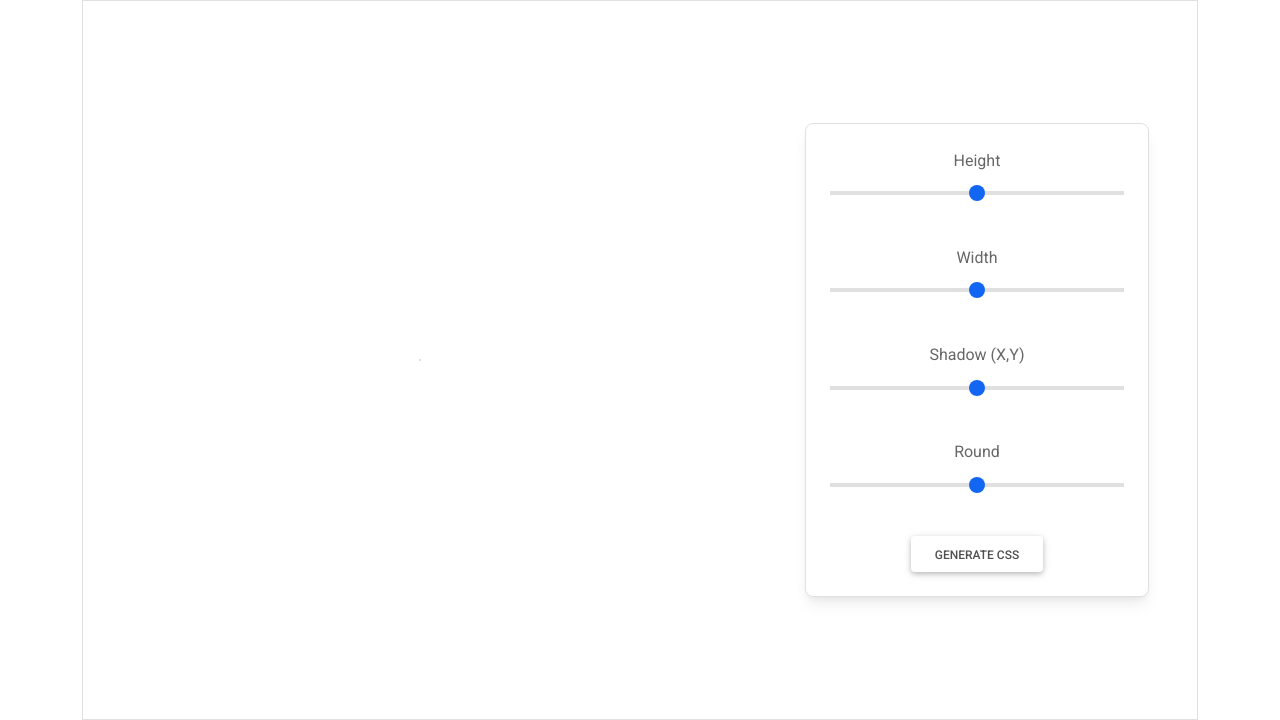
Repository: USaditya98/card-generator
Page: index.html
These files come from the project's save history. The page is drawn as it stood at one moment and after a run of saves; the edit follows.
The browser window is 1280 px wide. The pictures show the whole page.

Above is the page before, as saved 2021-10-20 13:20:04.

After the next 3 saves:
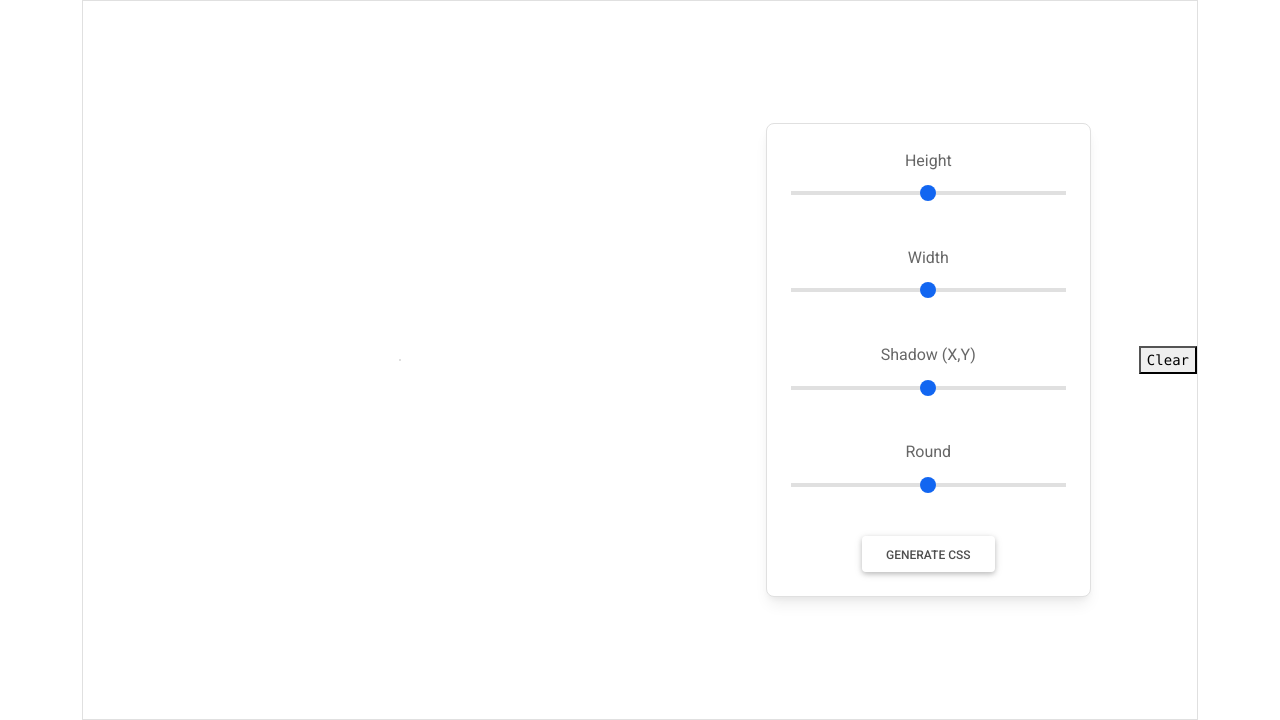
The 3 saves are shown as one change because they came seconds apart.
The last was saved 11 s later.
--- a/index.html
+++ b/index.html
@@ -55,7 +55,7 @@
               </div>
             </div>
             <code id="generatedCss" >
-
+              <button>Clear</button>
             </code>
       </div>
 
